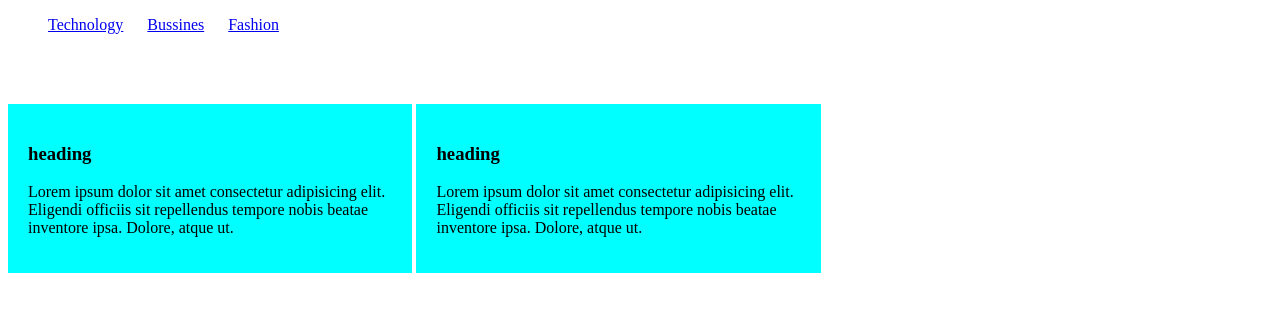
Repository: andiausrust/css-traversy
Page: inline_block/index.html
An editor plug-in stored every save of this project. The page is shown before and after the next save, followed by the edit.
The browser window is 1280 px wide. The pictures show the whole page.

Above is the page before, as saved 2020-08-21 07:15:04.

### inline_block/index.html
<!DOCTYPE html>
<html lang="en">
    <head>
        <meta charset="UTF-8" />
        <meta name="viewport" content="width=device-width, initial-scale=1.0" />
        <link rel="stylesheet" href="./css/style.css" />
        <title>Inline | Block</title>
    </head>
    <body>
        <ul>
            <li><a href="#">Technology</a></li>
            <li><a href="#">Bussines</a></li>
            <li><a href="#">Fashion</a></li>
        </ul>
        <br />
        <br />
        <br />
        <div class="box">
            <h3>heading</h3>
            <p>
                Lorem ipsum dolor sit amet consectetur adipisicing elit.
                Eligendi officiis sit repellendus tempore nobis beatae inventore
                ipsa. Dolore, atque ut.
            </p>
        </div>
        <div class="box">
            <h3>heading</h3>
            <p>
                Lorem ipsum dolor sit amet consectetur adipisicing elit.
                Eligendi officiis sit repellendus tempore nobis beatae inventore
                ipsa. Dolore, atque ut.
            </p>
        </div>
    </body>
</html>

### inline_block/css/style.css
li {
    display: inline;
}

li a {
    padding-right: 20px;
}

.box {
    box-sizing: border-box;
    display: inline-block;
    background-color: aqua;
    padding: 20px;
    width: 32%;
    margin-bottom: 15px;
}

After the next save:
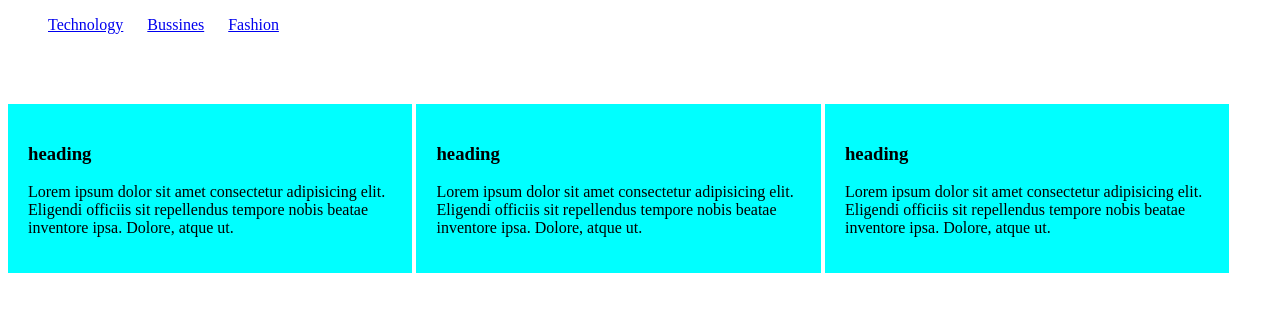
Saved 13 s later.
--- a/inline_block/index.html
+++ b/inline_block/index.html
@@ -31,5 +31,13 @@
                 ipsa. Dolore, atque ut.
             </p>
         </div>
+        <div class="box">
+            <h3>heading</h3>
+            <p>
+                Lorem ipsum dolor sit amet consectetur adipisicing elit.
+                Eligendi officiis sit repellendus tempore nobis beatae inventore
+                ipsa. Dolore, atque ut.
+            </p>
+        </div>
     </body>
 </html>
